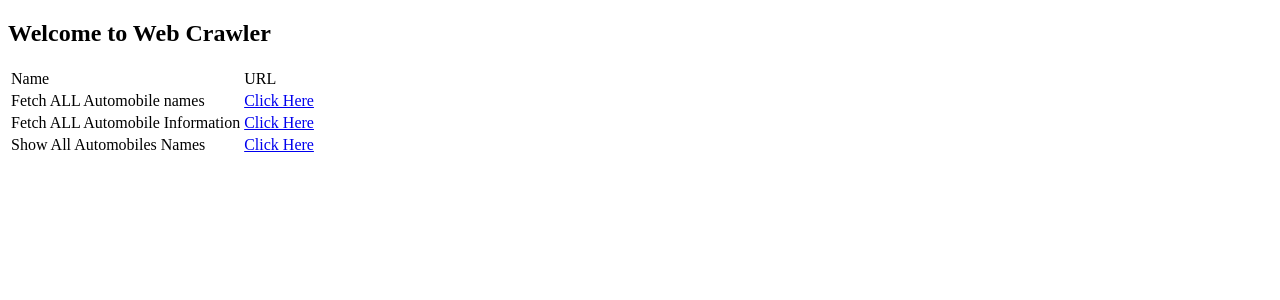
Repository: bijaya-chatterjee/pxl-challenge
Page: http://localhost/welcome
The author's editor kept a copy of each file at every save. The page is drawn from the files as they stood at one save, then again after the next save.
The browser window is 1280 px wide. The pictures show the whole page.
The page is this project's Thymeleaf template; nobody is signed in. The template is opened directly, without the code that normally fills it, so the values that code supplies are empty.

Above is the page before, as saved 2022-01-16 06:13:18.

### webscrapping/src/main/resources/templates/welcome.html
<!DOCTYPE html>
<html>
<head>
<meta charset="ISO-8859-1">
<title>Automobile Information</title>
</head>
<body>
<h2>Welcome to Web Crawler</h2>
<table>
<tr>
	<td>Name</td>
	<td>URL</td>

</tr>
<tr>
	<td>Fetch ALL Automobile names</td>
	<td><a href="/api/fetch/names">Click Here</a></td>
</tr>
<tr>
	<td>Fetch ALL Automobile Information</td>
	<td><a href="/api/fetch/all/details">Click Here</a></td>
</tr>
<tr>
	<td>Show All Automobiles Names</td>
	<td><a href="/show">Click Here</a></td>
</tr>
</table>
</body>
</html>

After the next save:
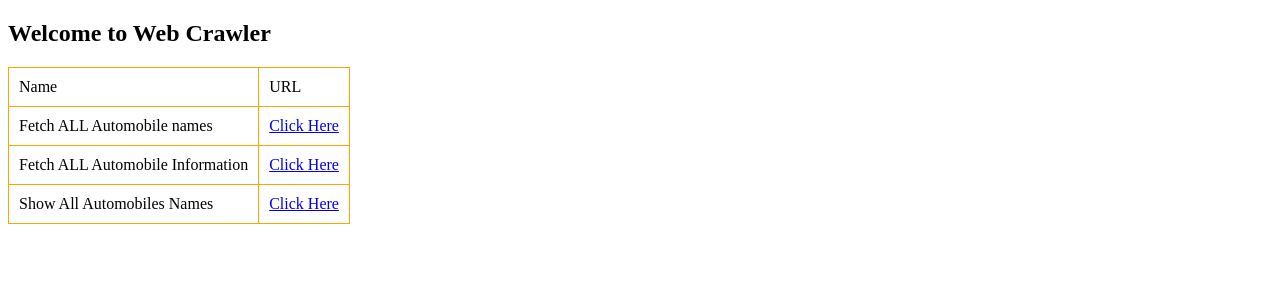
Saved 3 min 1 s later.
--- a/webscrapping/src/main/resources/templates/welcome.html
+++ b/webscrapping/src/main/resources/templates/welcome.html
@@ -3,6 +3,16 @@
 <head>
 <meta charset="ISO-8859-1">
 <title>Automobile Information</title>
+<style>
+  table {
+    border-collapse: collapse;
+  }
+  th, td {
+    border: 1px solid orange;
+    padding: 10px;
+    text-align: left;
+  }
+</style>
 </head>
 <body>
 <h2>Welcome to Web Crawler</h2>
